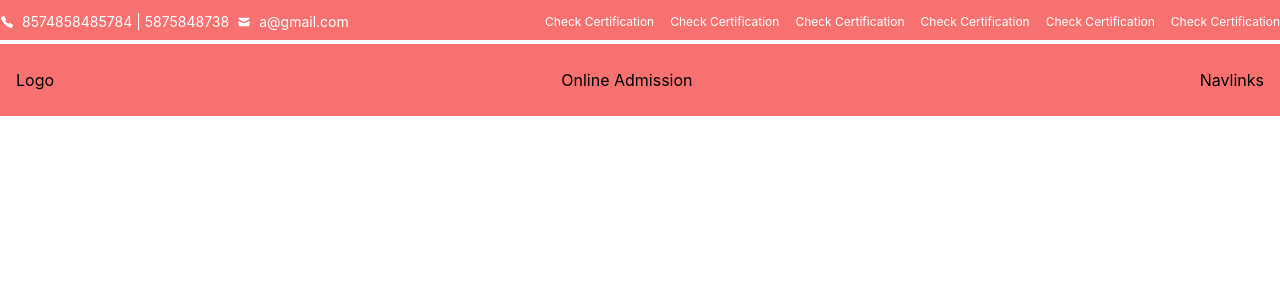
Repository: Sushant203/react-training-
Page: /
The author's editor kept a copy of each file at every save. The page is drawn from the files as they stood at one save, then again after the next save.
The browser window is 1280 px wide. The pictures show the whole page.
The project was rebuilt for these pictures with package versions that can differ from the ones it lists, and the page was loaded fresh each time. Also part of the build but not shown: src/App.css, src/components/LowerNav.jsx, src/components/UpperNav.jsx.

Above is the page before, as saved 2022-12-19 09:40:36.

### src/App.js

import './App.css';
import LowerNav from './components/LowerNav';
import UpperNav from './components/UpperNav';
import Layout from './Hoc/Layout/Layout'

function App() {
  return (
    <div>
     <Layout />
    </div>
  );
}

export default App;

### src/Hoc/Layout/Layout.jsx
import React from "react";
import Toolbar from "../../components/Naviagtion/Toolbar/index";

function Layout() {
  return (
    <div>
      {/* toolbar */}
      <Toolbar />
    </div>
  );
}

export default Layout;

### src/components/Naviagtion/Toolbar/index.jsx
import React from "react";
import Header from "./header";
import Secondary from "./Secondary";

function Index() {
  return (
    <div className="h-10 bg-red-400 w-screen">
      <Header />
      <Secondary />
    </div>
  );
}

export default Index;

### src/components/Naviagtion/Toolbar/header.jsx
import React from "react";
import { IoCallSharp } from "react-icons/io5";
import { HiMail } from "react-icons/hi";
function Header() {
  const NavLinks = [
    { title: "check certificate" },
    { title: "check certificate" },
    { title: "check certificate" },
    { title: "check certificate" },
    { title: "check certificate" },
    { title: "check certificate" },
  ];
  return (
    <div className="py-3  w-full flex items-center justify-between text-sm">
      {/* number and email */}
      <div className="flex gap-2  text-white">
        <div className="flex gap-2  items-center">
          <IoCallSharp />
          8574858485784 | 5875848738
        </div>
        <div className=" flex gap-2 items-center">
          <HiMail />
          a@gmail.com
        </div>
      </div>
      {/* navigation links */}
      <div className="text-white flex gap-4 text-xs ">
        {NavLinks.map((val, i) => {
          return (
            <div key={i} className="capitalize ">
              check certification
            </div>
          );
        })}
      </div>
    </div>
  );
}

export default Header;

### src/components/Naviagtion/Toolbar/Secondary.jsx
import React from "react";

function Secondary() {
  return (
    <div className="flex justify-between px-4 w-full py-6 bg-red-400">
      <div>Logo</div>
      <div>Online Admission</div>
      <div>Navlinks</div>
    </div>
  );
}

export default Secondary;

### tailwind.config.js
/** @type {import('tailwindcss').Config} */
module.exports = {
  content: [
    "./src/**/*.{js,jsx,ts,tsx}",
  ],
  theme: {
    extend: {
      colors:{
        mainColor:'#A0047D'
      }
    },
  },
  plugins: [],
}

Loaded but not shown: public/index.html (common file); src/index.js (common file); src/index.css (common file); src/reportWebVitals.js (common file)

After the next save:
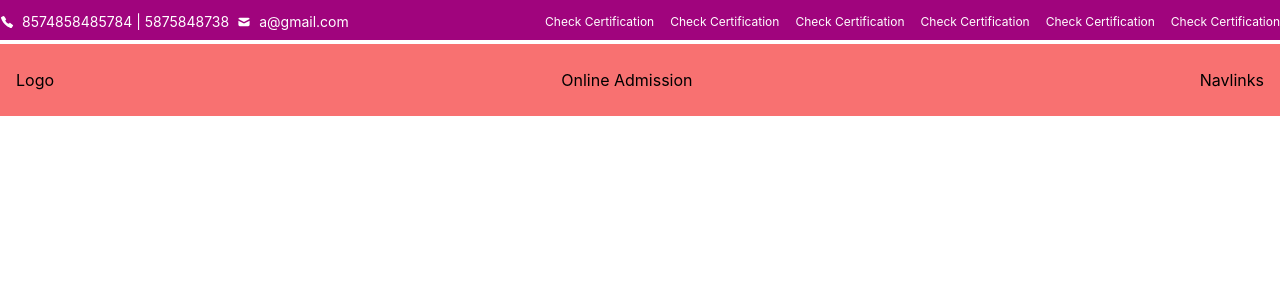
Saved 9 s later.
--- a/src/components/Naviagtion/Toolbar/index.jsx
+++ b/src/components/Naviagtion/Toolbar/index.jsx
@@ -4,7 +4,7 @@ import Secondary from "./Secondary";
 
 function Index() {
   return (
-    <div className="h-10 bg-red-400 w-screen">
+    <div className="h-10 bg-mainColor w-screen">
       <Header />
       <Secondary />
     </div>
